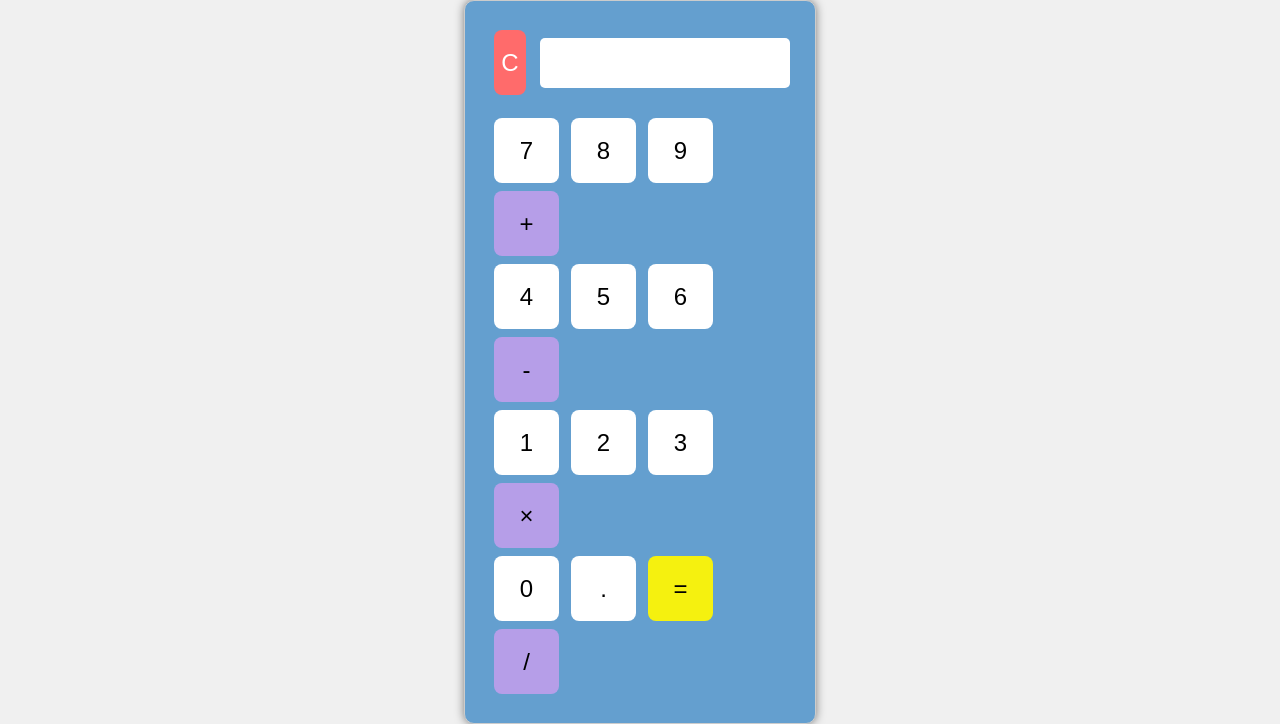
Repository: Burnmyheart/calculator
Page: index.html
An editor plug-in stored every save of this project. The page is shown before and after the next save, followed by the edit.
The browser window is 1280 px wide. The pictures show the whole page.

Above is the page before, as saved 2025-04-28 22:46:07.

### index.html
<!DOCTYPE html>
<html lang="en">
  <head>
    <meta charset="UTF-8" />
    <meta name="viewport" content="width=device-width, initial-scale=1.0" />
    <title>Калькулятор</title>
    <link rel="stylesheet" href="style.css" />
  </head>
  <body>
    <div class="calculator">
      <!-- Поле вывода и кнопка сброса -->
      <div class="display-container">
        <button class="clear" onclick="clearDisplay()">C</button>
        <input type="text" id="display" readonly />
      </div>

      <!-- Кнопки калькулятора -->
      <div>
        <button onclick="addNumber('7')">7</button>
        <button onclick="addNumber('8')">8</button>
        <button onclick="addNumber('9')">9</button>
        <button class="operation" onclick="addOperation('+')">+</button>
      </div>
      <div>
        <button onclick="addNumber('4')">4</button>
        <button onclick="addNumber('5')">5</button>
        <button onclick="addNumber('6')">6</button>
        <button class="operation" onclick="addOperation('-')">-</button>
      </div>
      <div>
        <button onclick="addNumber('1')">1</button>
        <button onclick="addNumber('2')">2</button>
        <button onclick="addNumber('3')">3</button>
        <button class="operation" onclick="addOperation('*')">×</button>
      </div>
      <div>
        <button onclick="addNumber('0')">0</button>
        <button onclick="addNumber('.')">.</button>
        <button class="calculate" onclick="calculate()">=</button>
        <button class="operation" onclick="addOperation('/')">/</button>
      </div>
    </div>

    <script src="calculator.js"></script>
  </body>
</html>

### style.css
/* Базовые стили для читаемости */
body {
  display: flex;
  justify-content: center;
  align-items: center;
  min-height: 100vh;
  margin: 0;
  background-color: #f0f0f0;
}

.calculator {
  background-color: #649fcf;
  padding: 25px;
  border: 1px solid #ccc;
  border-radius: 10px;
  width: 300px;
  box-shadow: 0 0 10px 0 rgba(0, 0, 0, 0.5);
}

.display-container {
  margin-bottom: 15px;
  display: flex;
  align-items: center;
  gap: 10px;
}

#display {
  width: 230px;
  height: 40px;
  padding: 5px 10px;
  text-align: right;
  font-size: 24px;
  border-radius: 5px;
  border: none;
}

button {
  width: 65px;
  height: 65px;
  margin: 4px;
  border: none;
  background-color: white;
  border-radius: 8px;
  font-size: 24px;
  cursor: pointer;
}

.clear {
  background-color: #ff6b6b;
  color: white;
  width: 65px;
  height: 65px;
}

.calculate {
  background-color: #f5f10f;
}

.operation {
  background-color: #ef9efa98;
}

### calculator.js
// Получаем элемент дисплея
const display = document.getElementById("display");

// Переменные для хранения данных
let firstNumber = "";
let operator = "";
let newNumber = false;

// Добавление цифры
function addNumber(num) {
  if (newNumber) {
    display.value = num;
    newNumber = false;
  } else {
    display.value += num;
  }
}

// Добавление операции
function addOperation(op) {
  // Проверяем, что есть число для операции
  if (display.value === "") {
    display.value = "Ошибка: введите число";
    return;
  }
  // Если уже есть операция, выполняем её
  if (firstNumber && operator) {
    calculate();
  }
  firstNumber = display.value;
  operator = op;
  newNumber = true;
}

// Вычисление результата
function calculate() {
  // Проверяем наличие всех необходимых данных
  if (!firstNumber || !operator || !display.value) {
    display.value = "Ошибка: неполное выражение";
    return;
  }

  let result;
  let a = parseFloat(firstNumber);
  let b = parseFloat(display.value);

  switch (operator) {
    case "+":
      result = a + b;
      break;
    case "-":
      result = a - b;
      break;
    case "*":
      result = a * b;
      break;
    case "/":
      if (b === 0) {
        display.value = "Ошибка: деление на ноль";
        firstNumber = "";
        operator = "";
        newNumber = true;
        return;
      }
      result = a / b;
      break;
  }

  display.value = result;
  firstNumber = "";
  operator = "";
  newNumber = true;
}

// Очистка дисплея
function clearDisplay() {
  display.value = "";
  firstNumber = "";
  operator = "";
  newNumber = false;
}

After the next save:
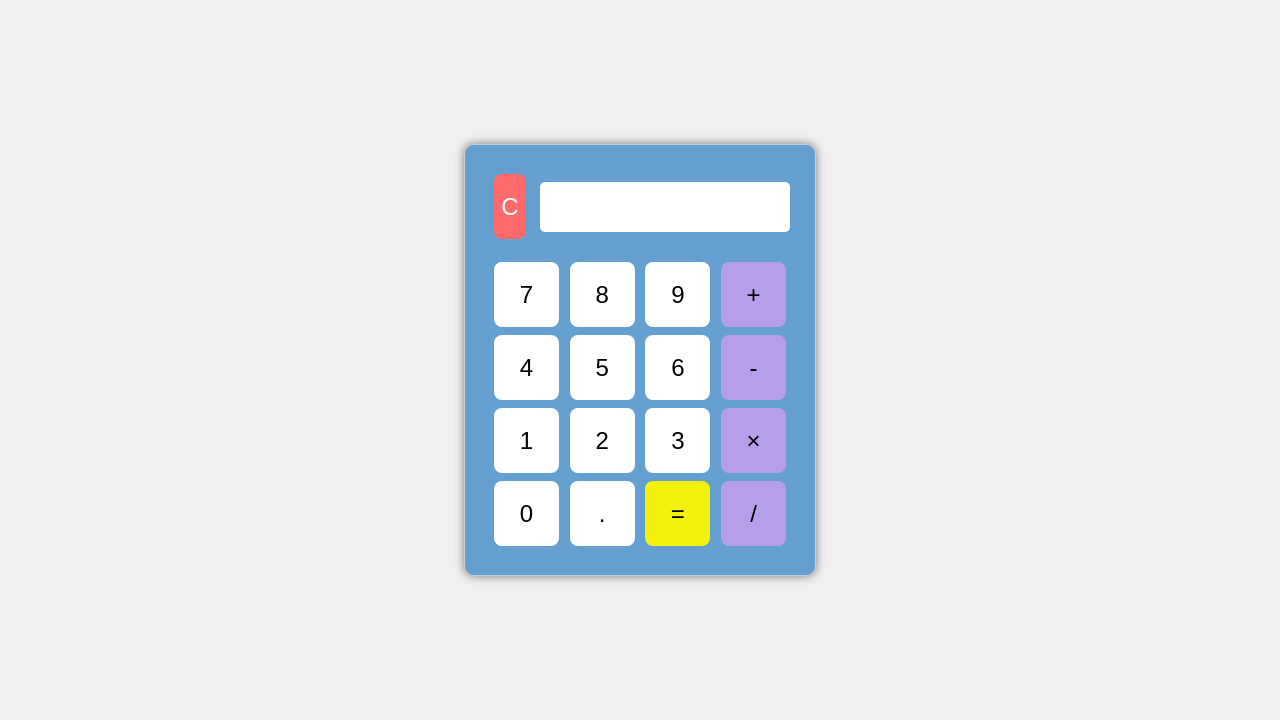
Saved 37 s later.
--- a/style.css
+++ b/style.css
@@ -34,6 +34,11 @@ body {
   border: none;
 }
 
+.calculator > div:not(.display-container) {
+  display: flex;
+  justify-content: space-between;
+}
+
 button {
   width: 65px;
   height: 65px;
@@ -48,8 +53,6 @@ button {
 .clear {
   background-color: #ff6b6b;
   color: white;
-  width: 65px;
-  height: 65px;
 }
 
 .calculate {
